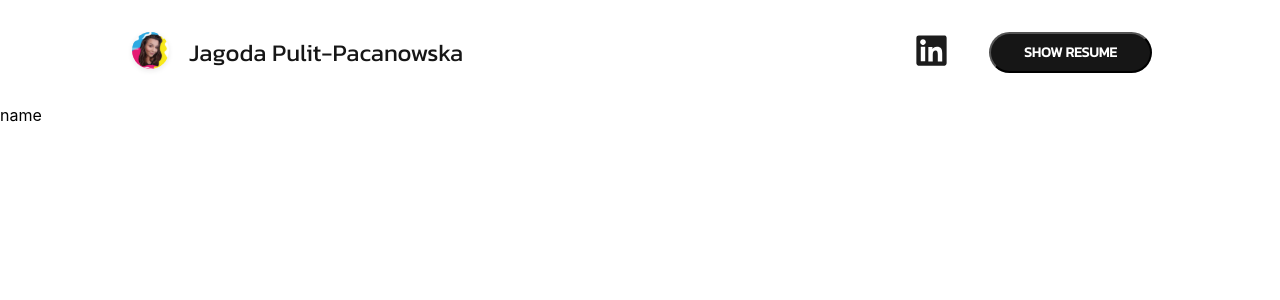
Repository: remigiuszpulit/ux-ui-portfolio
Page: /
The author's editor kept a copy of each file at every save. The page is drawn from the files as they stood at one save, then again after the next save.
The browser window is 1280 px wide. The pictures show the whole page.
The project was rebuilt for these pictures with package versions that can differ from the ones it lists, and the page was loaded fresh each time.

Above is the page before, as saved 2022-09-22 20:16:44.

After the next save:
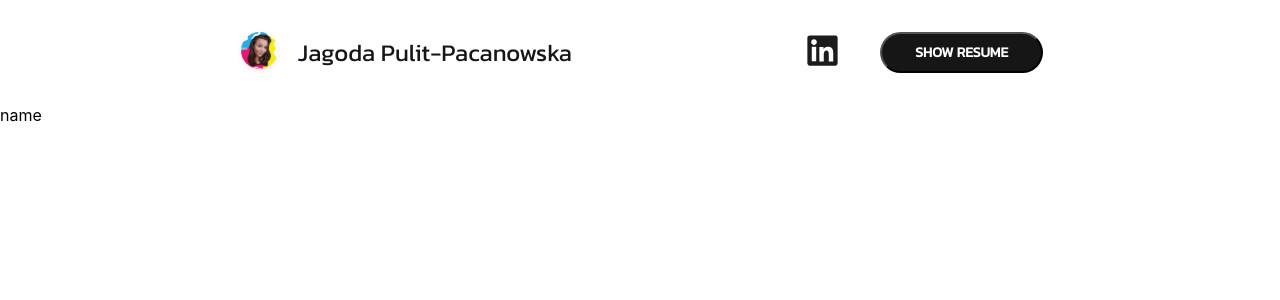
Saved 81 s later.
--- a/src/components/Navbar.js
+++ b/src/components/Navbar.js
@@ -43,7 +43,7 @@
 `
 
 const NavWrapper = styled.div`
-width: 80%;
+width: 63%;
 display: flex;
 justify-content: space-between;
 `
